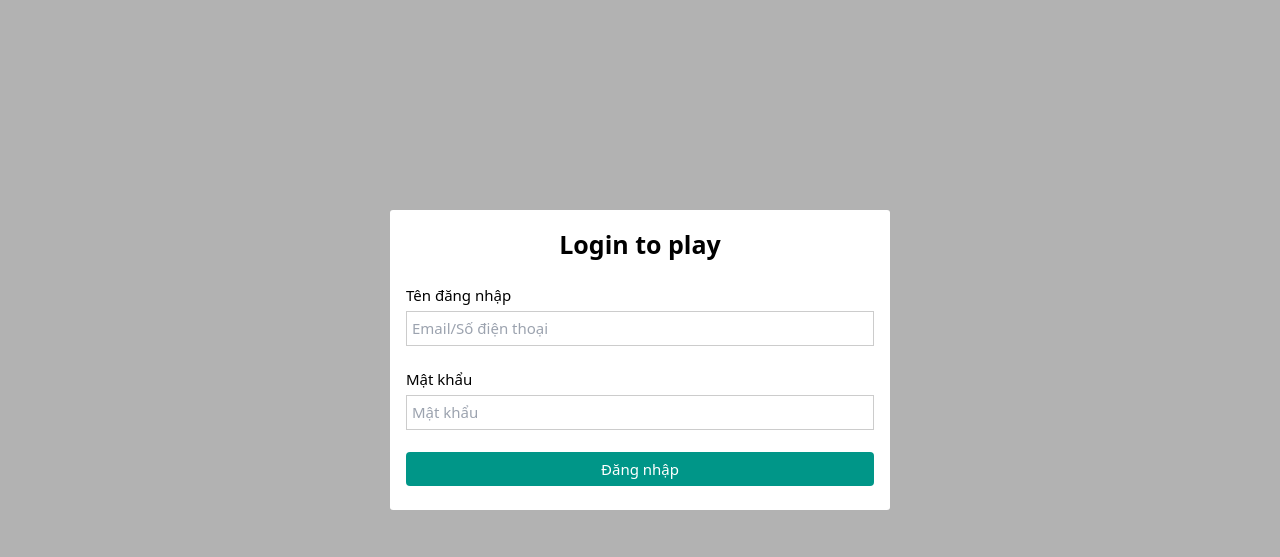
Repository: Teddy1705/demo_pj
Page: /
The author's editor kept a copy of each file at every save. The page is drawn from the files as they stood at one save, then again after the next save.
The browser window is 1280 px wide. The pictures show the whole page.
The project was rebuilt for these pictures with package versions that can differ from the ones it lists, and the page was loaded fresh each time. Also part of the build but not shown: vite.config.js.

Above is the page before, as saved 2024-04-16 10:22:11.

### index.html
<!DOCTYPE html>
<html lang="en">
  <head>
    <meta charset="UTF-8" />
    <link rel="icon" type="image/svg+xml" href="/vite.svg" />
    <meta name="viewport" content="width=device-width, initial-scale=1.0" />
    <title>Tic Tac Toe</title>
    <link rel="stylesheet" href="./src/index.css" />
    <link
      rel="stylesheet"
      href="./src/assets/themify-icons/themify-icons.css"
    />
  </head>
  <body>
    <div id="root"></div>
    <script type="module" src="/src/main.jsx"></script>
  </body>
</html>

### src/index.css
:root {
  --white-color: #fff;
  --black-color: #000;
}

/*
1. Prevent padding and border from affecting element width. (https://github.com/mozdevs/cssremedy/issues/4)
2. Allow adding a border to an element by just adding a border-width. (https://github.com/tailwindcss/tailwindcss/pull/116)
*/

*,
::before,
::after {
  box-sizing: border-box;
  /* 1 */
  border-width: 0;
  /* 2 */
  border-style: solid;
  /* 2 */
  border-color: #e5e7eb;
  /* 2 */
}

::before,
::after {
  --tw-content: "";
}

/*
1. Use a consistent sensible line-height in all browsers.
2. Prevent adjustments of font size after orientation changes in iOS.
3. Use a more readable tab size.
4. Use the user's configured `sans` font-family by default.
5. Use the user's configured `sans` font-feature-settings by default.
6. Use the user's configured `sans` font-variation-settings by default.
7. Disable tap highlights on iOS
*/

html,
:host {
  line-height: 1.5;
  /* 1 */
  -webkit-text-size-adjust: 100%;
  /* 2 */
  -moz-tab-size: 4;
  /* 3 */
  -o-tab-size: 4;
  tab-size: 4;
  /* 3 */
  font-family: ui-sans-serif, system-ui, sans-serif, "Apple Color Emoji",
    "Segoe UI Emoji", "Segoe UI Symbol", "Noto Color Emoji";
  /* 4 */
  font-feature-settings: normal;
  /* 5 */
  font-variation-settings: normal;
  /* 6 */
  -webkit-tap-highlight-color: transparent;
  /* 7 */
}

/*
1. Remove the margin in all browsers.
2. Inherit line-height from `html` so users can set them as a class directly on the `html` element.
*/

body {
  margin: 0;
  /* 1 */
  line-height: inherit;
  /* 2 */
}

/*
1. Add the correct height in Firefox.
2. Correct the inheritance of border color in Firefox. (https://bugzilla.mozilla.org/show_bug.cgi?id=190655)
3. Ensure horizontal rules are visible by default.
*/

hr {
  height: 0;
  /* 1 */
  color: inherit;
  /* 2 */
  border-top-width: 1px;
  /* 3 */
}

/*
Add the correct text decoration in Chrome, Edge, and Safari.
*/

abbr:where([title]) {
  -webkit-text-decoration: underline dotted;
  text-decoration: underline dotted;
}

/*
Remove the default font size and weight for headings.
*/

h1,
h2,
h3,
h4,
h5,
h6 {
  font-size: inherit;
  font-weight: inherit;
}

/*
Reset links to optimize for opt-in styling instead of opt-out.
*/

a {
  color: inherit;
  text-decoration: inherit;
}

/*
Add the correct font weight in Edge and Safari.
*/

b,
strong {
  font-weight: bolder;
}

/*
1. Use the user's configured `mono` font-family by default.
2. Use the user's configured `mono` font-feature-settings by default.
3. Use the user's configured `mono` font-variation-settings by default.
4. Correct the odd `em` font sizing in all browsers.
*/

code,
kbd,
samp,
pre {
  font-family: ui-monospace, SFMono-Regular, Menlo, Monaco, Consolas,
    "Liberation Mono", "Courier New", monospace;
  /* 1 */
  font-feature-settings: normal;
  /* 2 */
  font-variation-settings: normal;
  /* 3 */
  font-size: 1em;
  /* 4 */
}

/*
Add the correct font size in all browsers.
*/

small {
  font-size: 80%;
}

/*
Prevent `sub` and `sup` elements from affecting the line height in all browsers.
*/

sub,
sup {
  font-size: 75%;
  line-height: 0;
  position: relative;
  vertical-align: baseline;
}

sub {
  bottom: -0.25em;
}

sup {
  top: -0.5em;
}

/*
1. Remove text indentation from table contents in Chrome and Safari. (https://bugs.chromium.org/p/chromium/issues/detail?id=999088, https://bugs.webkit.org/show_bug.cgi?id=201297)
2. Correct table border color inheritance in all Chrome and Safari. (https://bugs.chromium.org/p/chromium/issues/detail?id=935729, https://bugs.webkit.org/show_bug.cgi?id=195016)
3. Remove gaps between table borders by default.
*/

table {
  text-indent: 0;
  /* 1 */
  border-color: inherit;
  /* 2 */
  border-collapse: collapse;
  /* 3 */
}

/*
1. Change the font styles in all browsers.
2. Remove the margin in Firefox and Safari.
3. Remove default padding in all browsers.
*/

button,
input,
optgroup,
select,
textarea {
  font-family: inherit;
  /* 1 */
  font-feature-settings: inherit;
  /* 1 */
  font-variation-settings: inherit;
  /* 1 */
  font-size: 100%;
  /* 1 */
  font-weight: inherit;
  /* 1 */
  line-height: inherit;
  /* 1 */
  letter-spacing: inherit;
  /* 1 */
  color: inherit;
  /* 1 */
  margin: 0;
  /* 2 */
  padding: 0;
  /* 3 */
}

/*
Remove the inheritance of text transform in Edge and Firefox.
*/

button,
select {
  text-transform: none;
}

/*
1. Correct the inability to style clickable types in iOS and Safari.
2. Remove default button styles.
*/

button,
input:where([type="button"]),
input:where([type="reset"]),
input:where([type="submit"]) {
  -webkit-appearance: button;
  /* 1 */
  background-color: transparent;
  /* 2 */
  background-image: none;
  /* 2 */
}

/*
Use the modern Firefox focus style for all focusable elements.
*/

:-moz-focusring {
  outline: auto;
}

/*
Remove the additional `:invalid` styles in Firefox. (https://github.com/mozilla/gecko-dev/blob/2f9eacd9d3d995c937b4251a5557d95d494c9be1/layout/style/res/forms.css#L728-L737)
*/

:-moz-ui-invalid {
  box-shadow: none;
}

/*
Add the correct vertical alignment in Chrome and Firefox.
*/

progress {
  vertical-align: baseline;
}

/*
Correct the cursor style of increment and decrement buttons in Safari.
*/

::-webkit-inner-spin-button,
::-webkit-outer-spin-button {
  height: auto;
}

/*
1. Correct the odd appearance in Chrome and Safari.
2. Correct the outline style in Safari.
*/

[type="search"] {
  -webkit-appearance: textfield;
  /* 1 */
  outline-offset: -2px;
  /* 2 */
}

/*
Remove the inner padding in Chrome and Safari on macOS.
*/

::-webkit-search-decoration {
  -webkit-appearance: none;
}

/*
1. Correct the inability to style clickable types in iOS and Safari.
2. Change font properties to `inherit` in Safari.
*/

::-webkit-file-upload-button {
  -webkit-appearance: button;
  /* 1 */
  font: inherit;
  /* 2 */
}

/*
Add the correct display in Chrome and Safari.
*/

summary {
  display: list-item;
}

/*
Removes the default spacing and border for appropriate elements.
*/

blockquote,
dl,
dd,
h1,
h2,
h3,
h4,
h5,
h6,
hr,
figure,
p,
pre {
  margin: 0;
}

fieldset {
  margin: 0;
  padding: 0;
}

legend {
  padding: 0;
}

ol,
ul,
menu {
  list-style: none;
  margin: 0;
  padding: 0;
}

/*
Reset default styling for dialogs.
*/

dialog {
  padding: 0;
}

/*
Prevent resizing textareas horizontally by default.
*/

textarea {
  resize: vertical;
}

/*
1. Reset the default placeholder opacity in Firefox. (https://github.com/tailwindlabs/tailwindcss/issues/3300)
2. Set the default placeholder color to the user's configured gray 400 color.
*/

input::-moz-placeholder,
textarea::-moz-placeholder {
  opacity: 1;
  /* 1 */
  color: #9ca3af;
  /* 2 */
}

input::placeholder,
textarea::placeholder {
  opacity: 1;
  /* 1 */
  color: #9ca3af;
  /* 2 */
}

/*
Set the default cursor for buttons.
*/

button,
[role="button"] {
  cursor: pointer;
}

/*
Make sure disabled buttons don't get the pointer cursor.
*/

:disabled {
  cursor: default;
}

/*
1. Make replaced elements `display: block` by default. (https://github.com/mozdevs/cssremedy/issues/14)
2. Add `vertical-align: middle` to align replaced elements more sensibly by default. (https://github.com/jensimmons/cssremedy/issues/14#issuecomment-634934210)
   This can trigger a poorly considered lint error in some tools but is included by design.
*/

img,
svg,
video,
canvas,
audio,
iframe,
embed,
object {
  display: block;
  /* 1 */
  vertical-align: middle;
  /* 2 */
}

/*
Constrain images and videos to the parent width and preserve their intrinsic aspect ratio. (https://github.com/mozdevs/cssremedy/issues/14)
*/

img,
video {
  max-width: 100%;
  height: auto;
}

/* Make elements with the HTML hidden attribute stay hidden by default */

[hidden] {
  display: none;
}

*,
::before,
::after {
  --tw-border-spacing-x: 0;
  --tw-border-spacing-y: 0;
  --tw-translate-x: 0;
  --tw-translate-y: 0;
  --tw-rotate: 0;
  --tw-skew-x: 0;
  --tw-skew-y: 0;
  --tw-scale-x: 1;
  --tw-scale-y: 1;
  --tw-pan-x: ;
  --tw-pan-y: ;
  --tw-pinch-zoom: ;
  --tw-scroll-snap-strictness: proximity;
  --tw-gradient-from-position: ;
  --tw-gradient-via-position: ;
  --tw-gradient-to-position: ;
  --tw-ordinal: ;
  --tw-slashed-zero: ;
  --tw-numeric-figure: ;
  --tw-numeric-spacing: ;
  --tw-numeric-fraction: ;
  --tw-ring-inset: ;
  --tw-ring-offset-width: 0px;
  --tw-ring-offset-color: #fff;
  --tw-ring-color: rgb(59 130 246 / 0.5);
  --tw-ring-offset-shadow: 0 0 #0000;
  --tw-ring-shadow: 0 0 #0000;
  --tw-shadow: 0 0 #0000;
  --tw-shadow-colored: 0 0 #0000;
  --tw-blur: ;
  --tw-brightness: ;
  --tw-contrast: ;
  --tw-grayscale: ;
  --tw-hue-rotate: ;
  --tw-invert: ;
  --tw-saturate: ;
  --tw-sepia: ;
  --tw-drop-shadow: ;
  --tw-backdrop-blur: ;
  --tw-backdrop-brightness: ;
  --tw-backdrop-contrast: ;
  --tw-backdrop-grayscale: ;
  --tw-backdrop-hue-rotate: ;
  --tw-backdrop-invert: ;
  --tw-backdrop-opacity: ;
  --tw-backdrop-saturate: ;
  --tw-backdrop-sepia: ;
  --tw-contain-size: ;
  --tw-contain-layout: ;
  --tw-contain-paint: ;
  --tw-contain-style: ;
}

::backdrop {
  --tw-border-spacing-x: 0;
  --tw-border-spacing-y: 0;
  --tw-translate-x: 0;
  --tw-translate-y: 0;
  --tw-rotate: 0;
  --tw-skew-x: 0;
  --tw-skew-y: 0;
  --tw-scale-x: 1;
  --tw-scale-y: 1;
  --tw-pan-x: ;
  --tw-pan-y: ;
  --tw-pinch-zoom: ;
  --tw-scroll-snap-strictness: proximity;
  --tw-gradient-from-position: ;
  --tw-gradient-via-position: ;
  --tw-gradient-to-position: ;
  --tw-ordinal: ;
  --tw-slashed-zero: ;
  --tw-numeric-figure: ;
  --tw-numeric-spacing: ;
  --tw-numeric-fraction: ;
  --tw-ring-inset: ;
  --tw-ring-offset-width: 0px;
  --tw-ring-offset-color: #fff;
  --tw-ring-color: rgb(59 130 246 / 0.5);
  --tw-ring-offset-shadow: 0 0 #0000;
  --tw-ring-shadow: 0 0 #0000;
  --tw-shadow: 0 0 #0000;
  --tw-shadow-colored: 0 0 #0000;
  --tw-blur: ;
  --tw-brightness: ;
  --tw-contrast: ;
  --tw-grayscale: ;
  --tw-hue-rotate: ;
  --tw-invert: ;
  --tw-saturate: ;
  --tw-sepia: ;
  --tw-drop-shadow: ;
  --tw-backdrop-blur: ;
  --tw-backdrop-brightness: ;
  --tw-backdrop-contrast: ;
  --tw-backdrop-grayscale: ;
  --tw-backdrop-hue-rotate: ;
  --tw-backdrop-invert: ;
  --tw-backdrop-opacity: ;
  --tw-backdrop-saturate: ;
  --tw-backdrop-sepia: ;
  --tw-contain-size: ;
  --tw-contain-layout: ;
  --tw-contain-paint: ;
  --tw-contain-style: ;
}

#modal {
  position: fixed;
  top: 0;
  right: 0;
  bottom: 0;
  left: 0;
  display: flex;
  align-items: center;
  justify-content: center;
}

#modal .modal__overlay {
  position: absolute;
  width: 100%;
  height: 100%;
  background-color: rgba(0, 0, 0, 0.3);
}

#modal .modal__body {
  position: relative;
  background-color: var(--white-color);
  margin: auto;
  width: 500px;
  min-height: 300px;
  padding: 16px;
  border-radius: 3px;
}

.auth-form {
}

.auth-form__heading {
  font-size: 25px;
  font-weight: 700;
  text-align: center;
  margin-bottom: 20px;
}

.auth-form__info {
}

.auth-form__info-details {
}

.auth-form__label {
  display: block;
  font-size: 15px;
  font-weight: 500;
}

.auth-form__info-input {
  border: 1px solid #ccc;
  width: 100%;
  font-size: 15px;
  padding: 5px;
  margin: 5px 0 22px;
}

.auth-form__btn {
  width: 100%;
  background-color: #009688;
  color: #fff;
  font-size: 15px;
  padding: 6px;
  border-radius: 4px;
}

### src/main.jsx
import React from "react";
import ReactDOM from "react-dom/client";
import App from "./App.jsx";
import { createBrowserRouter, RouterProvider } from "react-router-dom";
import Root from "./routes/root";
import "./index.css";

const router = createBrowserRouter([
  {
    path: "/",
    element: <Root />,
  },
]);

ReactDOM.createRoot(document.getElementById("root")).render(
  <React.StrictMode>
    <RouterProvider router={router} />
    <App />
  </React.StrictMode>
);

### src/routes/root.jsx
export default function Root() {
  return (
    <>
      <div id="modal">
        <div className="modal__overlay"></div>
        <div className="modal__body">
          <div className="auth-form">
            <h1 className="auth-form__heading">Login to play</h1>
            <div className="auth-form__close"></div>
            <div className="auth-form__info">
              <div className="auth-form__info-details">
                <label htmlFor="" className="auth-form__label">
                  Tên đăng nhập
                </label>
                <input
                  type="text"
                  className="auth-form__info-input"
                  placeholder="Email/Số điện thoại"
                />
              </div>
              <div className="auth-form__info-details">
                <label htmlFor="" className="auth-form__label">
                  Mật khẩu
                </label>
                <input
                  type="password"
                  className="auth-form__info-input"
                  placeholder="Mật khẩu"
                />
              </div>
            </div>
            <button className="auth-form__btn">
              <a
                href={`https://codesandbox.io/s/q2z497?file=%2Fsrc%2FApp.js&utm_medium=sandpack`}
                className=""
              >
                Đăng nhập
              </a>
            </button>
          </div>
        </div>
      </div>
      <div id="detail"></div>
    </>
  );
}

Loaded but not shown: src/assets/themify-icons/themify-icons.css (common file); src/App.jsx (common file)

After the next save:
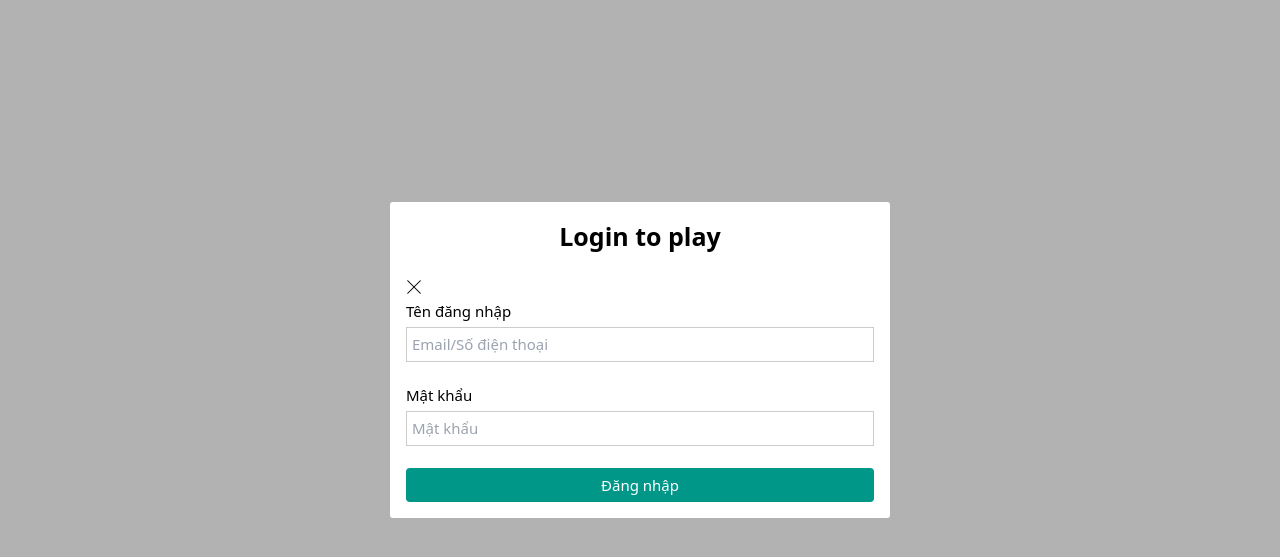
Saved 52 s later.
--- a/src/routes/root.jsx
+++ b/src/routes/root.jsx
@@ -6,7 +6,9 @@ export default function Root() {
         <div className="modal__body">
           <div className="auth-form">
             <h1 className="auth-form__heading">Login to play</h1>
-            <div className="auth-form__close"></div>
+            <div className="auth-form__close">
+              <i className="ti-close"></i>
+            </div>
             <div className="auth-form__info">
               <div className="auth-form__info-details">
                 <label htmlFor="" className="auth-form__label">

After the save that followed:
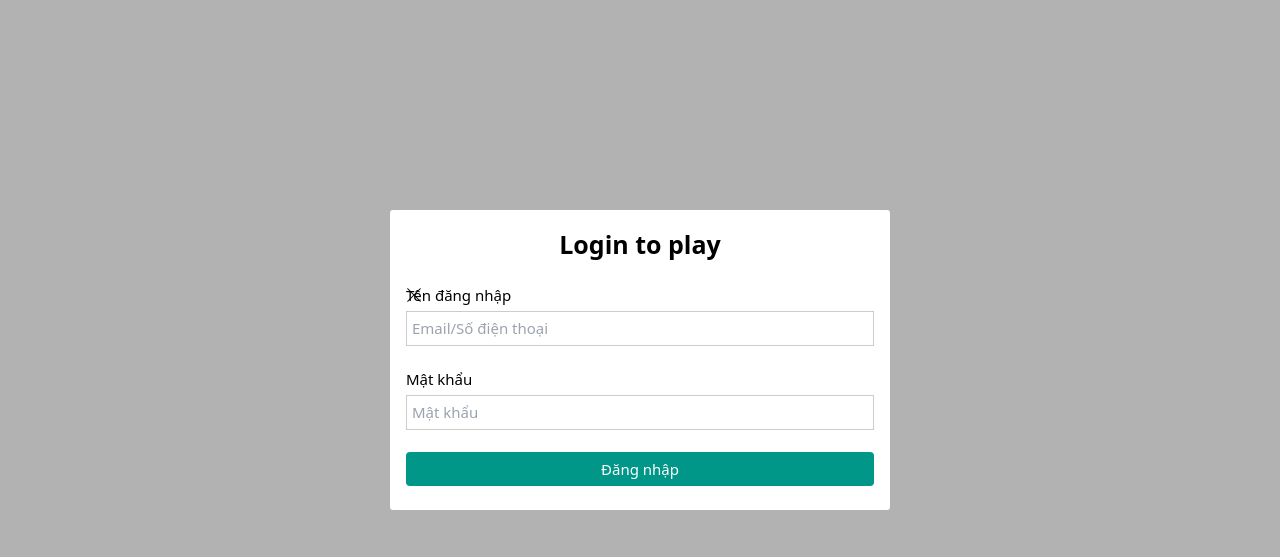
Saved 56 s later.
--- a/src/index.css
+++ b/src/index.css
@@ -598,6 +598,10 @@ video {
   margin-bottom: 20px;
 }
 
+.auth-form__close {
+  position: absolute;
+}
+
 .auth-form__info {
 }
 
